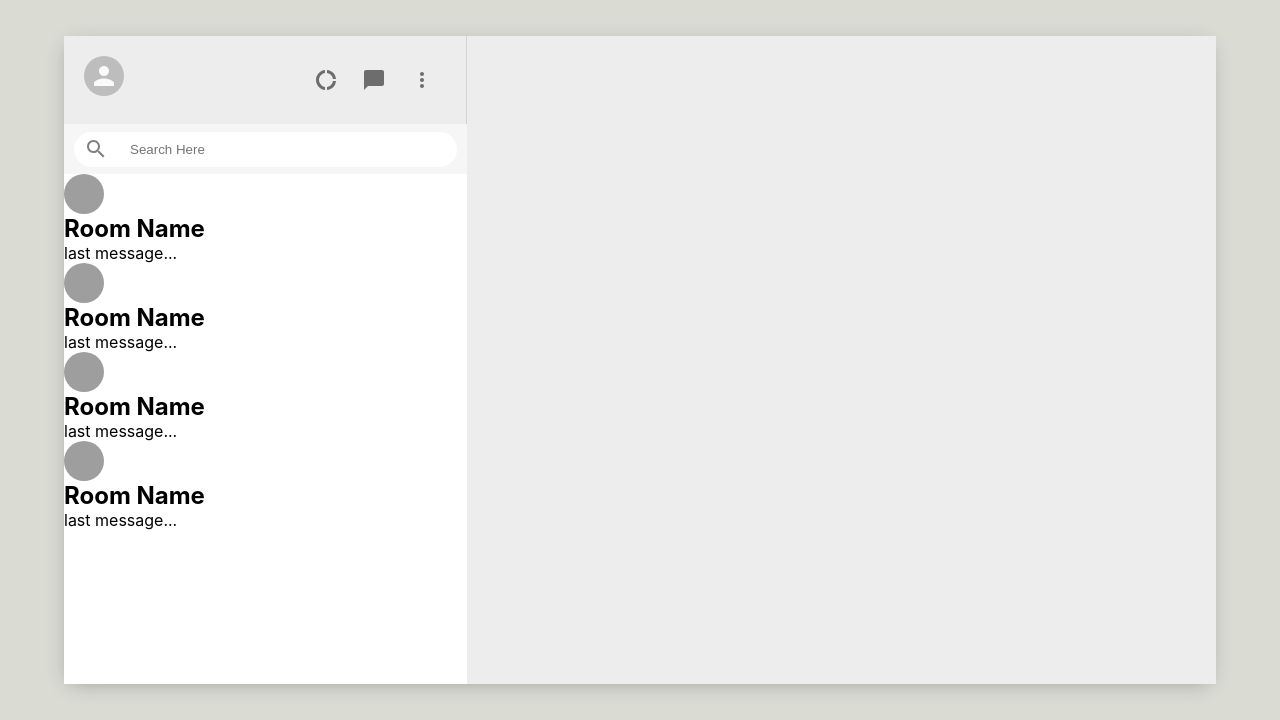
Repository: Prafullkuma/whatsappclon
Page: /
These files come from the project's save history. The page is drawn as it stood at one moment and after the next save; the edit follows.
The browser window is 1280 px wide. The pictures show the whole page.
Pictures or frames that could not be fetched are drawn as grey boxes. The project was rebuilt for these pictures with package versions that can differ from the ones it lists, and the page was loaded fresh each time.

Above is the page before, as saved 2020-08-19 12:33:37.

After the next save:
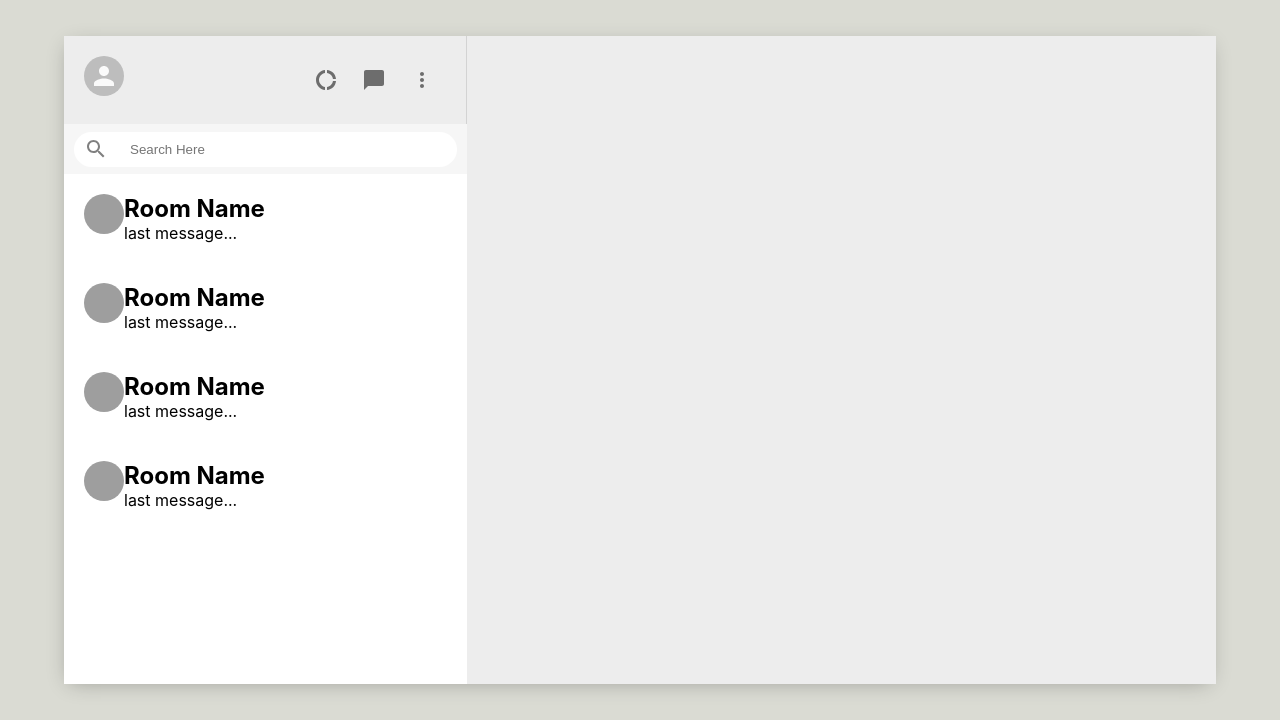
Saved 28 s later.
--- a/src/Component/Chat/sidebarChat.css
+++ b/src/Component/Chat/sidebarChat.css
@@ -1,5 +1,6 @@
 .sidebarChat{
-
+    display: flex;
+    padding: 20px;
 }
 .sidebarchat_info{
 
